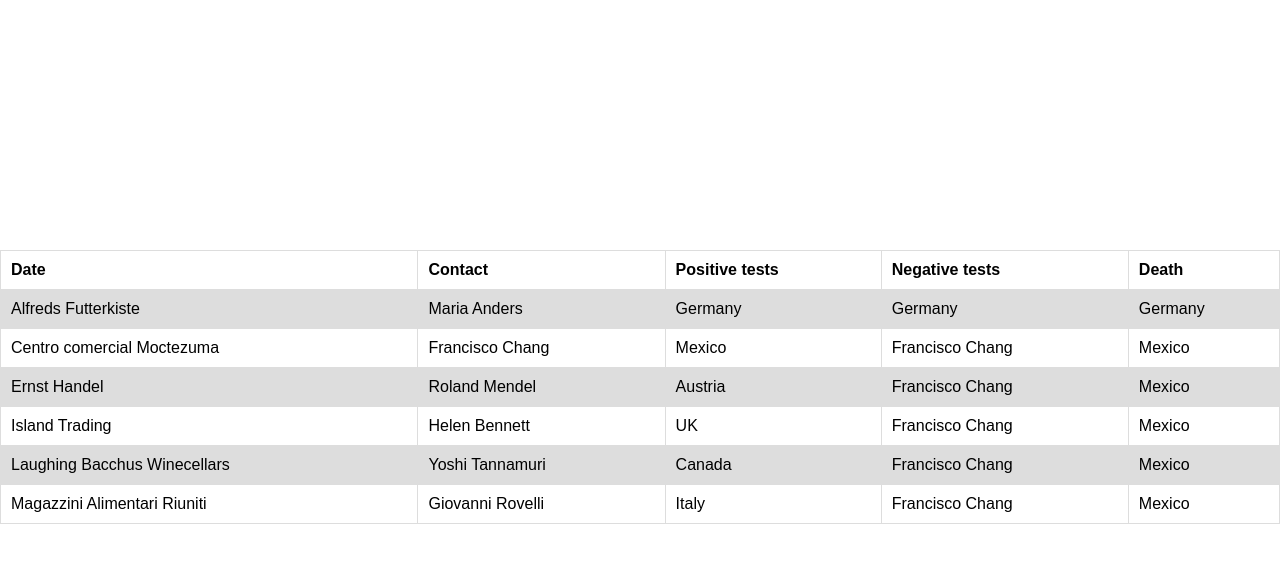
Repository: Seryozha02/ApiRequests
Page: index.html
An editor plug-in stored every save of this project. The page is shown before and after the next save, followed by the edit.
The browser window is 1280 px wide. The pictures show the whole page.

Above is the page before, as saved 2022-09-22 21:24:26.

### index.html
<!DOCTYPE html>
<html lang="en">
<head>
    <meta charset="UTF-8">
    <meta http-equiv="X-UA-Compatible" content="IE=edge">
    <meta name="viewport" content="width=device-width, initial-scale=1.0">
    <title>Request's</title>
    <link rel="stylesheet" href="style.css">
</head>
<body>
    <table class="requests">
        <tr>
          <th>Date</th>
          <th>Contact</th>
          <th>Positive tests</th>
          <th>Negative tests</th>
          <th>Death</th>
        </tr>
        <tr>
          <td>Alfreds Futterkiste</td>
          <td>Maria Anders</td>
          <td>Germany</td>
          <td>Germany</td>
          <td>Germany</td>
        </tr>
        <tr>
          <td>Centro comercial Moctezuma</td>
          <td>Francisco Chang</td>
          <td>Mexico</td>
          <td>Francisco Chang</td>
          <td>Mexico</td>
        </tr>
        <tr>
          <td>Ernst Handel</td>
          <td>Roland Mendel</td>
          <td>Austria</td>
          <td>Francisco Chang</td>
          <td>Mexico</td>
        </tr>
        <tr>
          <td>Island Trading</td>
          <td>Helen Bennett</td>
          <td>UK</td>
          <td>Francisco Chang</td>
          <td>Mexico</td>
        </tr>
        <tr>
          <td>Laughing Bacchus Winecellars</td>
          <td>Yoshi Tannamuri</td>
          <td>Canada</td>
          <td>Francisco Chang</td>
          <td>Mexico</td>
        </tr>
        <tr>
          <td>Magazzini Alimentari Riuniti</td>
          <td>Giovanni Rovelli</td>
          <td>Italy</td>
          <td>Francisco Chang</td>
          <td>Mexico</td>
        </tr>
      </table>
</body>
<script src="script.js"></script>
</html>

### style.css
* {
        margin: 0;
        padding: 0;
        box-sizing: border-box;
}

.requests {
    font-family: arial, sans-serif;
    border-collapse: collapse;
    width: 100%;
    margin-top: 250px;
  }

  td, th {
    border: 1px solid #dddddd;
    text-align: left;
    padding: 10px;

  }

  tr:nth-child(even) {
    background-color: #dddddd;
  }

Loaded but not shown: script.js (no copy from this time; the picture is the same without it)

After the next save:
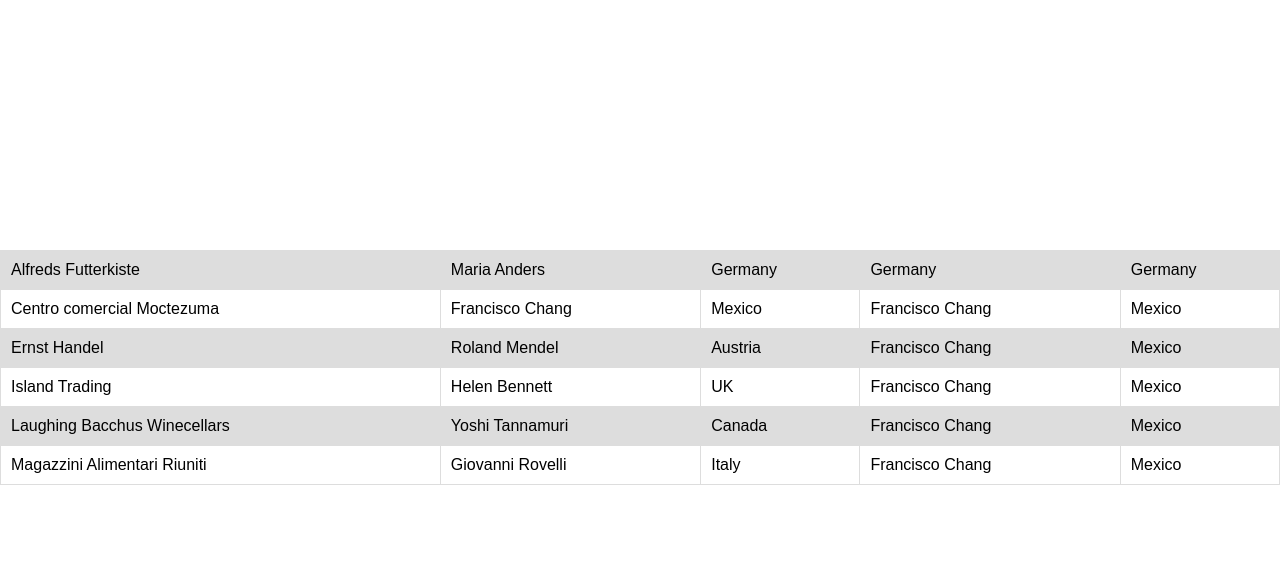
Saved 4 min 13 s later.
--- a/index.html
+++ b/index.html
@@ -10,11 +10,7 @@
 <body>
     <table class="requests">
         <tr>
-          <th>Date</th>
-          <th>Contact</th>
-          <th>Positive tests</th>
-          <th>Negative tests</th>
-          <th>Death</th>
+
         </tr>
         <tr>
           <td>Alfreds Futterkiste</td>

After the save that followed:
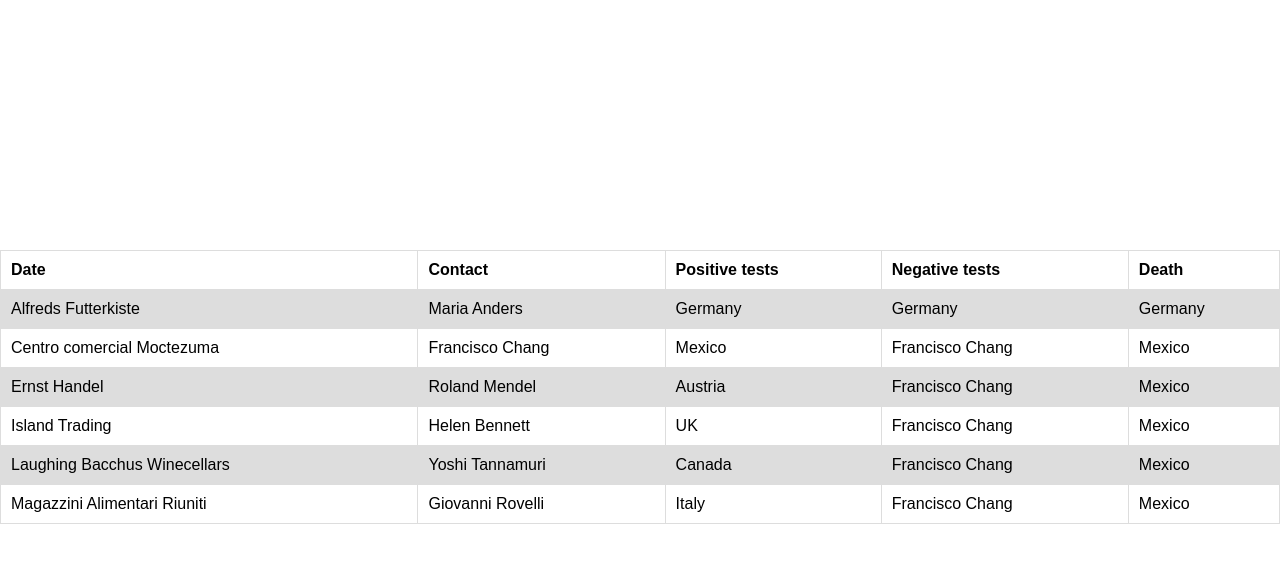
Saved 6 s later.
--- a/index.html
+++ b/index.html
@@ -10,7 +10,11 @@
 <body>
     <table class="requests">
         <tr>
-
+            <th>Date</th>
+            <th>Contact</th>
+            <th>Positive tests</th>
+            <th>Negative tests</th>
+            <th>Death</th>
         </tr>
         <tr>
           <td>Alfreds Futterkiste</td>
